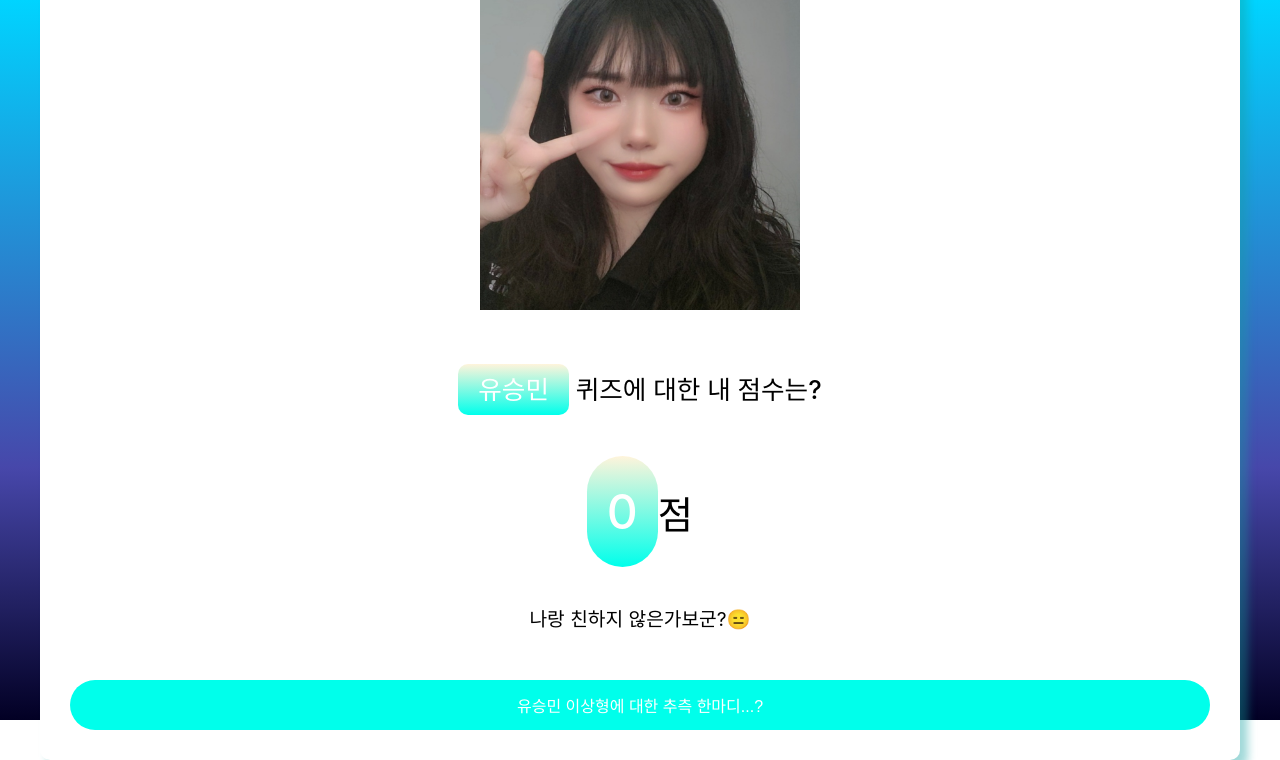
Repository: dnjfht/quiz3
Page: /score
An editor plug-in stored every save of this project. The page is shown before and after the next save, followed by the edit.
The browser window is 1280 px wide. The pictures show the whole page.
The project was rebuilt for these pictures with package versions that can differ from the ones it lists, and the page was loaded fresh each time. Also part of the build but not shown: src/components/Start.js, src/components/Progress.js, src/components/Quiz.js, src/components/Message.js, src/components/Ranking.js, src/components/NotPage.js.

Above is the page before, as saved 2023-04-15 23:23:04.

### src/index.js
import React from "react";
import ReactDOM from "react-dom/client";
import "./index.css";
import App from "./App";
import reportWebVitals from "./reportWebVitals";
import { BrowserRouter } from "react-router-dom";
import { Provider } from "react-redux";
import store from "./redux/config/configStore";

const root = ReactDOM.createRoot(document.getElementById("root"));
root.render(
  <Provider store={store}>
    <BrowserRouter>
      <App />
    </BrowserRouter>
  </Provider>
);

// If you want to start measuring performance in your app, pass a function
// to log results (for example: reportWebVitals(console.log))
// or send to an analytics endpoint. Learn more: https://bit.ly/CRA-vitals
reportWebVitals();

### src/index.css
body {
  margin: 0;
  font-family: -apple-system, BlinkMacSystemFont, "Segoe UI", "Roboto", "Oxygen",
    "Ubuntu", "Cantarell", "Fira Sans", "Droid Sans", "Helvetica Neue",
    sans-serif;
  -webkit-font-smoothing: antialiased;
  -moz-osx-font-smoothing: grayscale;
}

code {
  font-family: source-code-pro, Menlo, Monaco, Consolas, "Courier New",
    monospace;
}

@font-face {
  font-family: "ddalgifont";
  src: url("./fonts/고령딸기체+TTF.ttf");
}

@font-face {
  font-family: "chabfont";
  src: url("./fonts/chab.ttf");
}

@font-face {
  font-family: "ddagfont";
  src: url("./fonts/ddag.ttf");
}

### src/App.js
import styled from "styled-components";
import Router from "./shared/Router";

const Wrap = styled.div`
  width: 100%;
  height: 100vh;
  background: rgb(2, 0, 36);
  background: linear-gradient(
    0deg,
    rgba(2, 0, 36, 1) 0%,
    rgba(71, 71, 170, 1) 35%,
    rgba(0, 212, 255, 1) 100%
  );

  position: relative;
`;

const ContentWrap = styled.div`
  width: 1200px;
  height: 800px;
  padding: 30px;
  box-sizing: border-box;
  background-color: white;
  border-radius: 10px;
  box-shadow: 8px 8px 8px rgba(21, 159, 161, 0.4);

  position: absolute;
  top: 50%;
  margin-top: -400px;
  left: 50%;
  margin-left: -600px;
`;

function App() {
  return (
    <Wrap>
      <ContentWrap>
        <Router />
      </ContentWrap>
    </Wrap>
  );
}

export default App;

### src/redux/config/configStore.js
import { combineReducers, createStore, applyMiddleware } from "redux";
import thunk from "redux-thunk";
import quiz from "../modules/quiz";
import rank from "../modules/rank";

const middlewares = [thunk];
// 미들웨어들도 하나로 묶어줘야 힘.

const rootReducer = combineReducers({
  quiz: quiz,
  rank: rank,
});

const enhancer = applyMiddleware(...middlewares);
// reducer 말고 옵셔널하게 추가하는 애들의 모음.
// 여기 미들웨어를 적용해 넣을 거임.

const store = createStore(rootReducer, enhancer);
export default store;

### src/shared/Router.js
import React from "react";
import { Routes, Route } from "react-router-dom";
import Start from "../components/Start";
import Quiz from "../components/Quiz";
import Score from "../components/Score";
import Message from "../components/Message";
import Ranking from "../components/Ranking";
import NotPage from "../components/NotPage";

export default function Router() {
  return (
    <>
      <Routes>
        <Route path="/" element={<Start />} />
        <Route path="/quiz" element={<Quiz />} />
        <Route path="/score" element={<Score />} />
        <Route path="/message" element={<Message />} />
        <Route path="/ranking" element={<Ranking />} />
        <Route path="*" element={<NotPage />} />
      </Routes>
    </>
  );
}

### src/redux/modules/quiz.js
// action value
const ADDUSERANSWER = "add_user_answer";
const RESETUSERANSWER = "reset_user_answer";

// action creator

export const AddUserAnswer = (payload) => {
  return {
    type: ADDUSERANSWER,
    payload: payload,
  };
};

export const ResetUserAnswer = (payload) => {
  return {
    type: RESETUSERANSWER,
    payload: payload,
  };
};

// initialState
const initialState = {
  name: "유승민",
  quiz_list: [
    {
      image: "assets/1.png",
      quiz: "승민의 mbti는 intj다?",
      answer: false,
    },
    {
      image: "assets/2.png",
      quiz: "승민은 공감을 잘해주는 사람을 좋아한다?",
      answer: true,
    },
    {
      image: "assets/3.png",
      quiz: "승민은 사람들이랑 대화하고 알아가는 것을 즐긴다?",
      answer: true,
    },
    {
      image: "assets/4.png",
      quiz: "승민은 자기개발하는걸 좋아한다?",
      answer: true,
    },
    {
      image: "assets/5.png",
      quiz: "승민의 관심있을 때 하는 행동은 선톡을 하는 것이다?",
      answer: true,
    },
    {
      image: "assets/6.png",
      quiz: "승민은 불같은 연애보다 서로 믿고 의지할 수 있는 연애를 선호한다?",
      answer: true,
    },
    {
      image: "assets/7.png",
      quiz: "승민은 계획을 세우고 차근차근 계획에 옮기는걸 선호한다?",
      answer: true,
    },
    {
      image: "assets/8.png",
      quiz: "승민은 놀이기구 타는 것을 좋아한다?",
      answer: false,
    },
    {
      image: "assets/9.png",
      quiz: "승민은 고1 때부터 흡연을 했다?",
      answer: false,
    },
    {
      image: "assets/10.png",
      quiz: "승민은 소개팅을 나간 적이 있다?",
      answer: false,
    },
    {
      image: "assets/11.png",
      quiz: "승민은 소개팅과 같은 인위적인 만남을 좋아한다?",
      answer: false,
    },
    {
      image: "assets/12.png",
      quiz: "승민은 연인과 갈등이 있을 때 대화로 푸는 것을 선호한다?",
      answer: true,
    },
    {
      image: "assets/13.png",
      quiz: "승민은 연애할 때 항상 상대방의 기분이 우선이다?",
      answer: true,
    },
    {
      image: "assets/14.png",
      quiz: "승민은 좋아하는 사람에게 선물주는 것을 좋아한다?",
      answer: true,
    },
    {
      image: "assets/15.png",
      quiz: "승민은 감수성이 풍부해서 슬픈 영화나 만화를 보고 잘 운다?",
      answer: true,
    },
    {
      image: "assets/16.png",
      quiz: "승민은 본래 무뚝뚝한 성격이다?",
      answer: true,
    },
    {
      image: "assets/17.png",
      quiz: "승민의 노래방 18번곡은 나비무덤이다?",
      answer: false,
    },
    {
      image: "assets/18.png",
      quiz: "승민은 핫플을 돌아다니면서 맛집 탐방을 하고 사진 찍는 데이트를 선호한다?",
      answer: true,
    },
    {
      image: "assets/19.png",
      quiz: "승민은 연애할 때 꽃이나 편지 받는걸 좋아한다?",
      answer: true,
    },
    {
      image: "assets/20.png",
      quiz: "승민은 번호를 따인 적이 있다?",
      answer: false,
    },
  ],
  user_answer: [],
  result_text: {
    40: "나랑 친하지 않은가보군?😑",
    60: "나랑 좀 더 친해져야겠다🙃",
    80: "내적 친밀감 80퍼센트!😎",
    100: "뭐야, 넌 내 소울메이트...!?💖",
  },
};

// reducer

const quiz = (state = initialState, action) => {
  switch (action.type) {
    case ADDUSERANSWER: {
      const newUserAnswer = [...state.user_answer, action.payload];
      return { ...state, user_answer: newUserAnswer };
    }
    case RESETUSERANSWER: {
      return { ...state, user_answer: [] };
    }
    default:
      return state;
  }
};

export default quiz;

### src/redux/modules/rank.js
import { db } from "../../firebase";
import {
  collection,
  getDocs,
  addDoc,
  doc,
  updateDoc,
  deleteDoc,
  getDoc,
} from "firebase/firestore";

// action value
const ADDUSERNAME = "add_user_name";
const GETRANK = "get_rank";
const ADDRANK = "add_rank";

// action creator
export const GetRank = (payload) => {
  return {
    type: GETRANK,
    payload: payload,
  };
};

export const AddUserName = (payload) => {
  return {
    type: ADDUSERNAME,
    payload: payload,
  };
};

export const AddRank = (payload) => {
  return {
    type: ADDRANK,
    payload: payload,
  };
};

export const loadQuizFB = () => {
  return async function (dispatch) {
    const quiz_data = await getDocs(collection(db, "quiz"));
    console.log(quiz_data);

    let quiz_list = [];

    quiz_data.forEach((doc) => {
      console.log(doc.data());
      quiz_list.push({ id: doc.id, ...doc.data() });
    });

    console.log(quiz_list);

    dispatch(GetRank(quiz_list));
  };
};

export const addQuizFB = (payload) => {
  return async function (dispatch) {
    const docRef = await addDoc(collection(db, "quiz"), payload);
    // const _quiz = await getDoc(docRef);
    // const quiz = { id: _quiz.id, ..._quiz.data() };
    // dispatch(AddRank(quiz));

    // 추가한 데이터 중 id를 가져와서 bucket_data 만들기.
    // const bucket_data = { id: docRef.id, ...payload };
    // // 마지막으로 액션 일으키기 (수정해달라고 요청)
    // dispatch(createWidget(bucket_data));
  };
};

// initialState
const initialState = {
  user_name: "",
  rank: [
    // { score: 100, name: "방가방가", comment: "다들 잘생겼다" },
    // { score: 40, name: "이하늘", comment: "너무 어려운데..." },
    // { score: 60, name: "오하요~!", comment: "잘 생긴 사람이 곧 이상형" },
  ],
};

// reducer
const rank = (state = initialState, action) => {
  switch (action.type) {
    case GETRANK: {
      console.log(action.payload);
      return { ...state, rank: action.payload };
    }
    case ADDUSERNAME: {
      return { ...state, user_name: action.payload };
    }
    case ADDRANK: {
      const new_rank_data = [...state.rank, action.payload];
      return { ...state, rank: new_rank_data };
    }
    default:
      return state;
  }
};
export default rank;

### src/components/Score.js
import React from "react";
import { useSelector } from "react-redux";
import { useNavigate } from "react-router-dom";
import styled from "styled-components";

const Wrap = styled.div`
  width: 100%;
  height: 100%;

  display: flex;
  flex-direction: column;
  align-items: center;
  justify-content: space-between;
`;

const ImgWrap = styled.img`
  width: 320px;
  height: 320px;
`;

const Title = styled.h1`
  margin-top: 40px;

  font-size: 1.6rem;
  font-weight: 500;

  & > span {
    padding: 10px 20px;
    background: rgb(0, 255, 235);
    background: linear-gradient(
      0deg,
      rgba(0, 255, 235, 1) 0%,
      rgba(255, 244, 219, 1) 100%
    );
    border-radius: 10px;

    color: white;
  }
`;

const ScoreNumber = styled.h1`
  margin-top: 40px;

  font-size: 2.4rem;
  font-weight: 500;

  & > span {
    padding: 26px 20px;
    background: rgb(0, 255, 235);
    background: linear-gradient(
      0deg,
      rgba(0, 255, 235, 1) 0%,
      rgba(255, 244, 219, 1) 100%
    );
    border-radius: 100px;

    color: white;
    font-size: 3rem;
  }
`;

const ResultText = styled.p`
  font-size: 1.2rem;
`;

const GoCommentButton = styled.button`
  width: 100%;
  height: 50px;
  margin-top: 10px;
  background: #00ffeb;
  border: none;
  border-radius: 30px;

  color: white;
  font-size: 1rem;

  transition: all 0.5s;

  &:hover {
    background: #fff4db;

    color: #666;

    cursor: pointer;
  }
`;

export default function Score() {
  const navigate = useNavigate();

  const quiz_list = useSelector((state) => state.quiz.quiz_list);
  const user_answer = useSelector((state) => state.quiz.user_answer);
  const name = useSelector((state) => state.quiz.name);
  const result_texts = useSelector((state) => state.quiz.result_text);
  console.log(result_texts);

  const random_number = Math.floor(Math.random() * 10) + 10;

  const collect_answer = user_answer.filter((answer, idx) => {
    return answer === quiz_list[idx].answer;
  }).length;

  const _score = (100 / quiz_list.length) * collect_answer;
  console.log(_score);

  const score = Math.floor(_score);

  let result_text = "";

  // [40, 60, 80 , 100]
  Object.keys(result_texts).map((r, idx) => {
    if (idx === 0) {
      result_text = result_texts[r];
    }
    result_text = parseInt(r) <= score ? result_texts[r] : result_text;
  });

  return (
    <Wrap>
      <ImgWrap
        src={process.env.PUBLIC_URL + `${quiz_list[random_number].image}`}
      />

      <Title>
        <span>{name}</span> 퀴즈에 대한 내 점수는?
      </Title>

      <ScoreNumber>
        <span>{score}</span>점
      </ScoreNumber>

      <ResultText>{result_text}</ResultText>

      <GoCommentButton
        onClick={() => {
          navigate("/message");
        }}
      >
        {name} 이상형에 대한 추측 한마디...?
      </GoCommentButton>
    </Wrap>
  );
}

### src/firebase.js
// Import the functions you need from the SDKs you need
import { initializeApp } from "firebase/app";
import { getFirestore } from "firebase/firestore";
// TODO: Add SDKs for Firebase products that you want to use
// https://firebase.google.com/docs/web/setup#available-libraries

// Your web app's Firebase configuration
// For Firebase JS SDK v7.20.0 and later, measurementId is optional
const firebaseConfig = {
  apiKey: "AIzaSyAQCzx3TeRMhfQ14uI1xPuxKIeyOukr2zs",
  authDomain: "seungmin-s-quiz2.firebaseapp.com",
  projectId: "seungmin-s-quiz2",
  storageBucket: "seungmin-s-quiz2.appspot.com",
  messagingSenderId: "764474150624",
  appId: "1:764474150624:web:e3932df48db64f86c44a85",
  measurementId: "G-NK0EYYQQFF",
};

// Initialize Firebase
const app = initializeApp(firebaseConfig);
export const db = getFirestore(app);

Loaded but not shown: public/index.html (common file); src/reportWebVitals.js (common file)

After the next save:
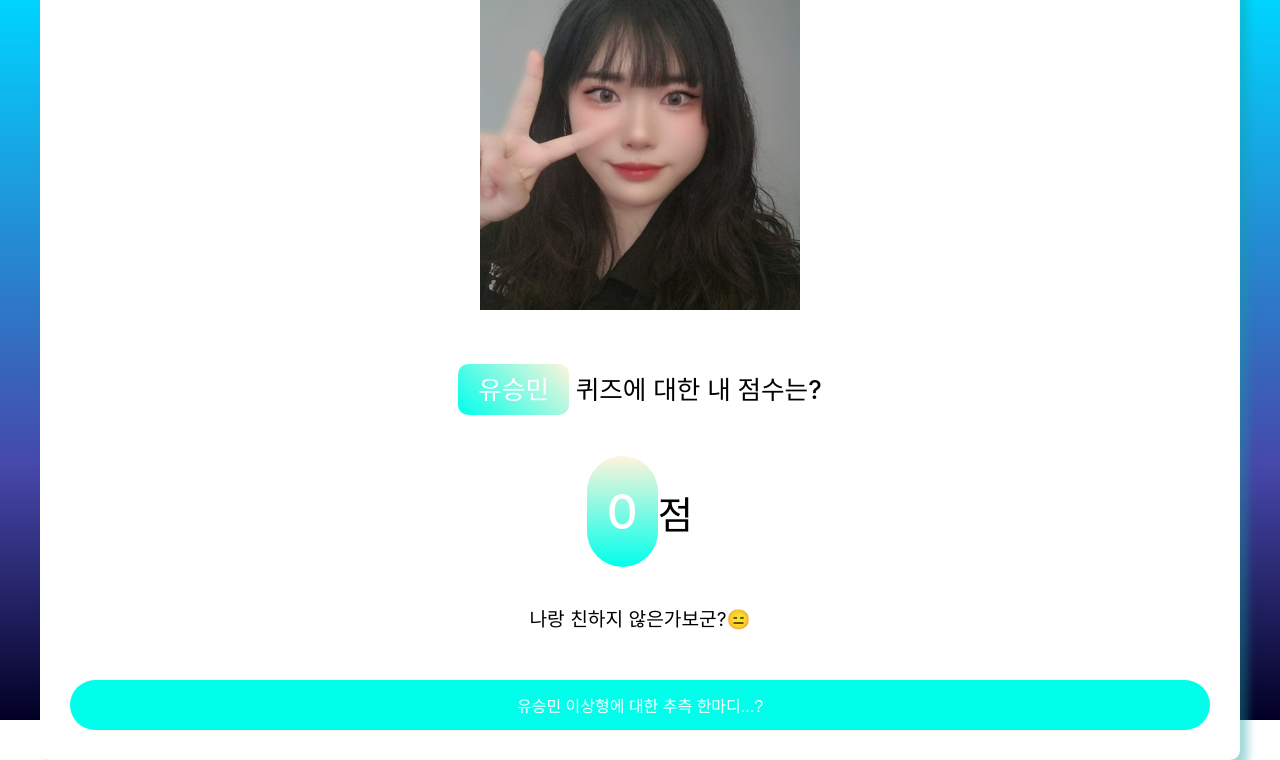
Saved 20 s later.
--- a/src/components/Score.js
+++ b/src/components/Score.js
@@ -28,7 +28,7 @@ const Title = styled.h1`
     padding: 10px 20px;
     background: rgb(0, 255, 235);
     background: linear-gradient(
-      0deg,
+      45deg,
       rgba(0, 255, 235, 1) 0%,
       rgba(255, 244, 219, 1) 100%
     );
